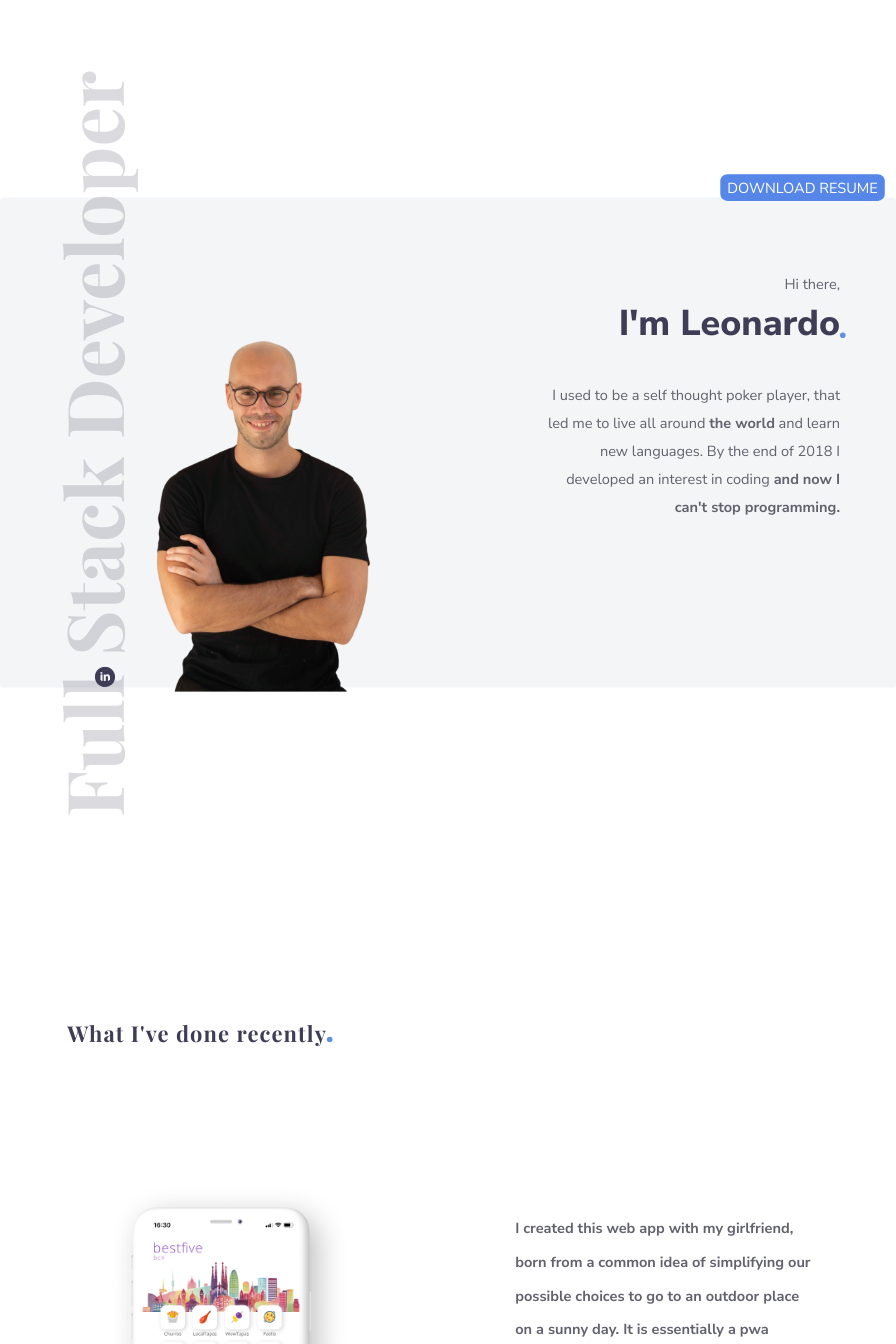
Repository: Easaaa/Portfolio-2020
Page: index.html
An editor plug-in stored every save of this project. The page is shown before and after the next save, followed by the edit.
The browser window is 1280 px wide. The pictures show the part of the page from y = 0 to 1920 px (the page is 7567 px tall), at 70% of full size.
The style sheet was rebuilt from its Sass, Less or Tailwind sources for each picture, by a compiler version that may differ from the author's.

Above is the page before, as saved 2020-02-28 13:43:00.

After the next save:
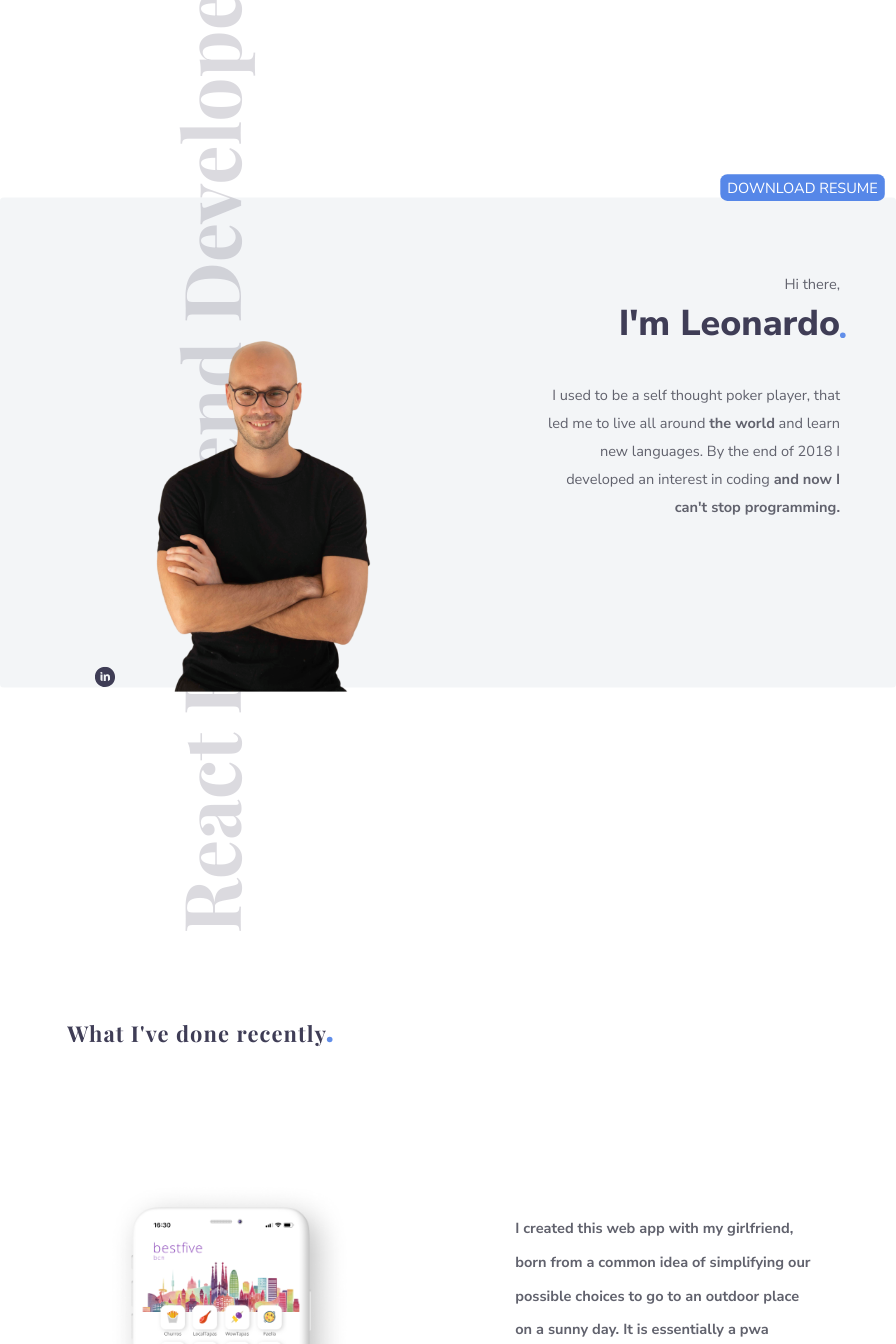
Saved 17 s later.
--- a/index.html
+++ b/index.html
@@ -46,7 +46,7 @@
               and now I can't stop programming.</strong
             >
           </p>
-          <h4>Full Stack Developer</h4>
+          <h4>React Front-end Developer</h4>
           <div class="socials-header">
             <a
               target="_blank"
